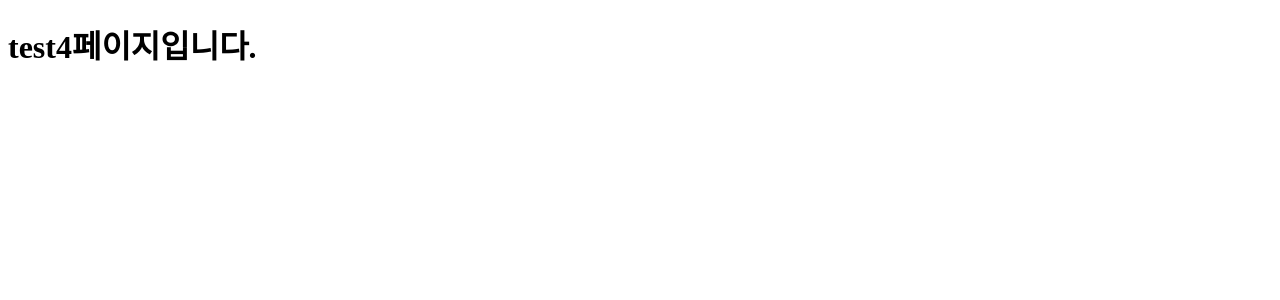
Repository: k5275645/SpringMVCPractice
Page: http://localhost/URLMapping/sub1/test4
An editor plug-in stored every save of this project. The page is shown before and after the next save, followed by the edit.
The browser window is 1280 px wide. The pictures show the whole page.
The page is served by Tomcat 9.

Above is the page before, as saved 2021-11-24 01:05:51.

After the next save:
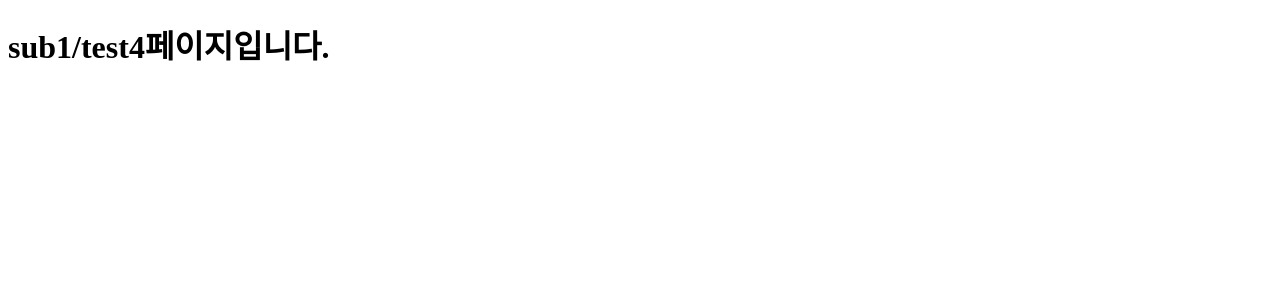
Saved 2 s later.
--- a/URLMapping/src/main/webapp/WEB-INF/views/sub1/test4.jsp
+++ b/URLMapping/src/main/webapp/WEB-INF/views/sub1/test4.jsp
@@ -7,6 +7,6 @@
 <title>Insert title here</title>
 </head>
 <body>
-	<h1>test4페이지입니다.</h1>
+	<h1>sub1/test4페이지입니다.</h1>
 </body>
 </html>
